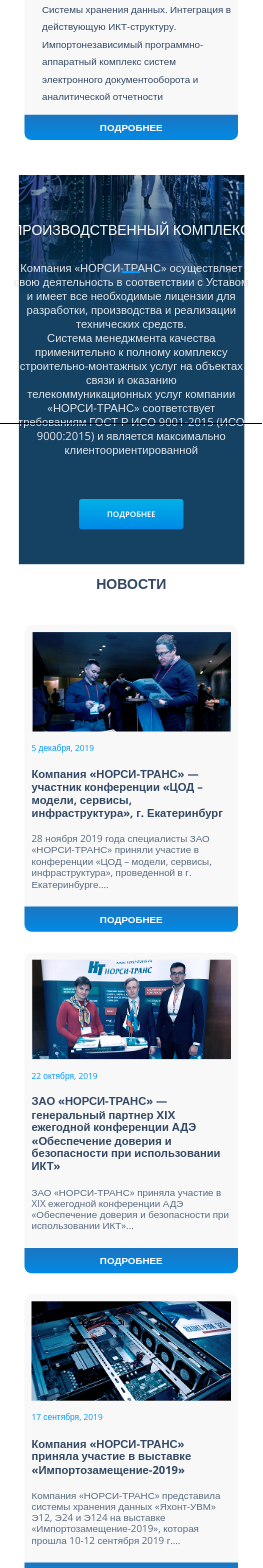
Repository: frostnn/testTaskBurbon
Page: app/index.html
The author's editor kept a copy of each file at every save. The page is drawn from the files as they stood at one save, then again after the next save.
The browser window is 375 px wide. The pictures show the part of the page from y = 2300 to 4540 px (the page is 6716 px tall before and 6828 px after), at 70% of full size.
The style sheet was rebuilt from its Sass, Less or Tailwind sources for each picture, by a compiler version that may differ from the author's.

Above is the page before, as saved 2020-07-17 07:57:11.

After the next save:
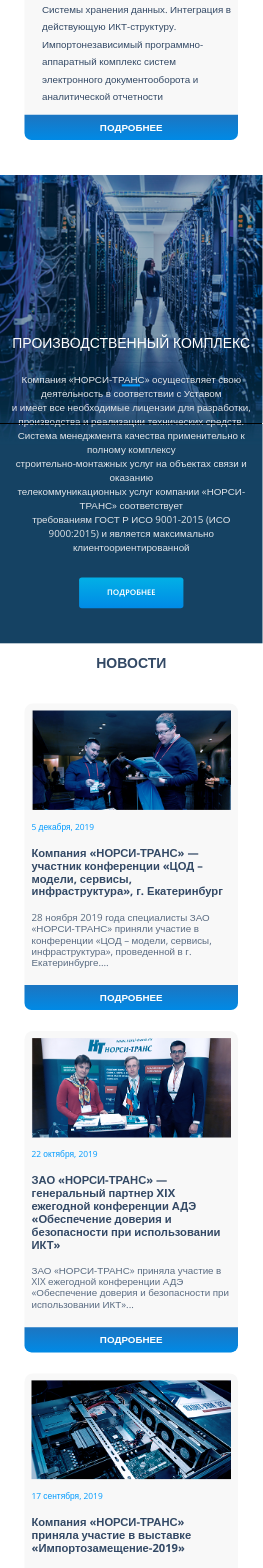
Saved 4 min 50 s later.
--- a/app/scss/_media.scss
+++ b/app/scss/_media.scss
@@ -661,12 +661,14 @@
   .production-block .production-block__title {
     font-size: 20px;
     font-weight: 500;
+    margin-top: 178px;
     &::before {
       top: 72px;
     }
   }
   .production-block .production-block__text {
-    font-size: 16px;
+    font-size: 14px;
+    margin-bottom: 33px;
   }
   .program-title,
   .news-title,
@@ -744,5 +746,7 @@
   .production {
     background-image: none;
     background-image: url('../img/bg_mob.png');
-  }
-}
+    background-position: top;
+    background-size: cover;
+  }
+}
